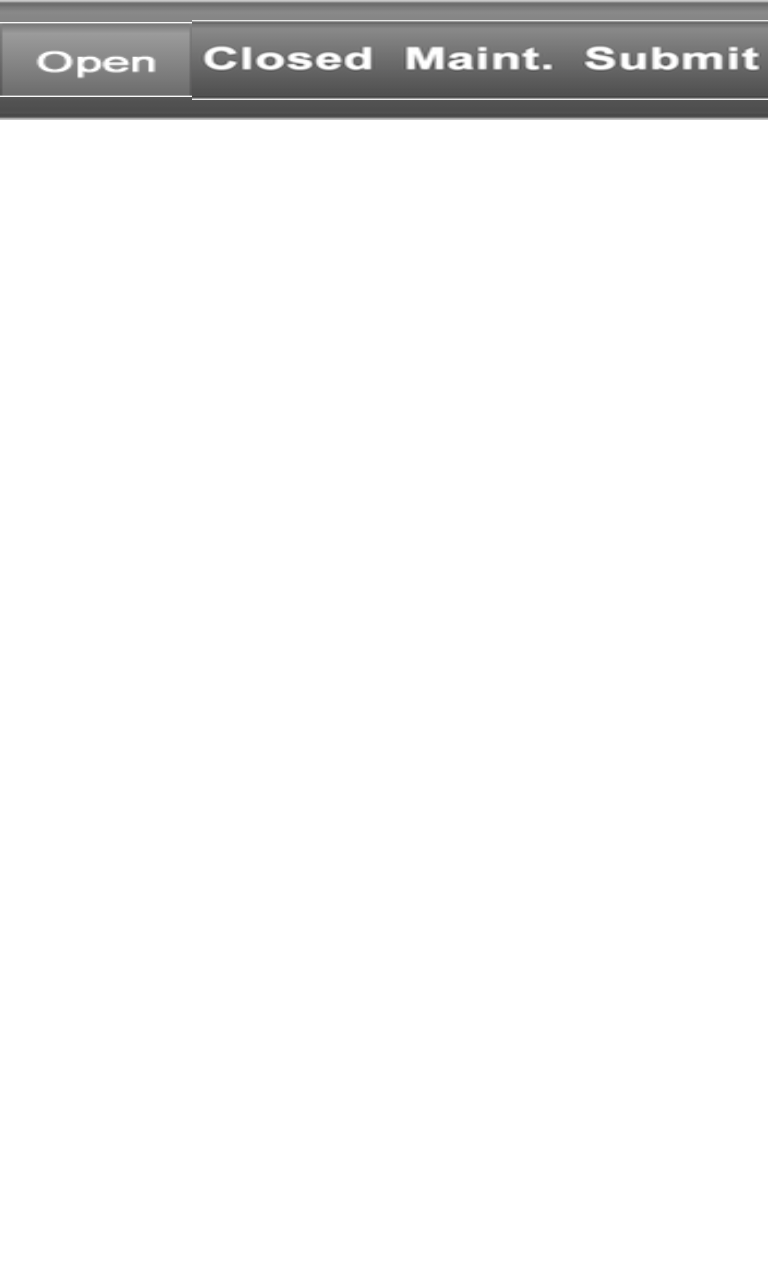
Repository: Pradeep-appstute/First
Layout: Control/res/layout/fragment_tickets.xml
The author's editor kept a copy of each file at every save. The layout is drawn from the files as they stood at one save, then again after the next save.
It is drawn on a 768 x 1280 px phone screen (xhdpi) without system bars, with theme AppTheme; the app's code is not run. Lists and similar views that code fills are empty.

Above is the layout before, as saved 2014-02-11 14:34:08.

After the next save:
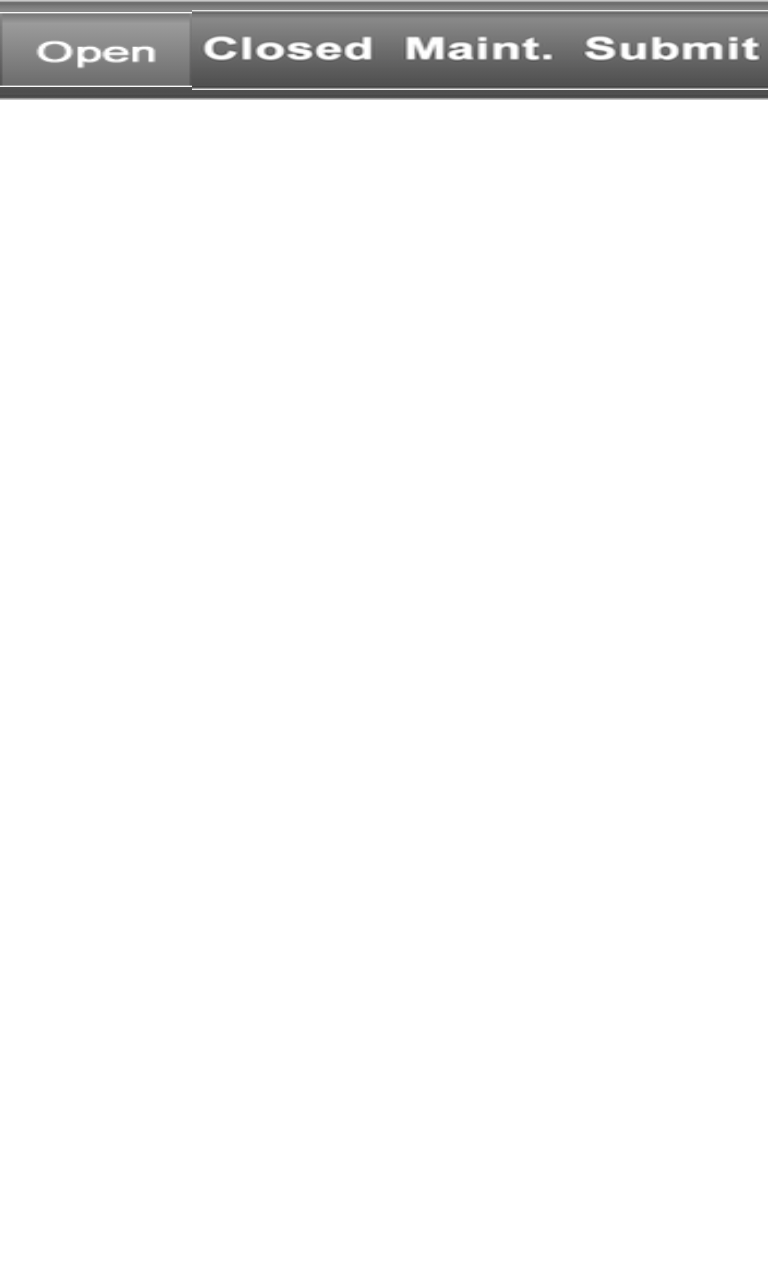
Saved 7 s later.
--- a/Control/res/layout/fragment_tickets.xml
+++ b/Control/res/layout/fragment_tickets.xml
@@ -14,7 +14,7 @@
 
     <LinearLayout
         android:layout_width="match_parent"
-        android:layout_height="60dp"
+        android:layout_height="50dp"
         android:gravity="center"
         android:orientation="horizontal"
             android:background="@drawable/img_tickettypebg"
